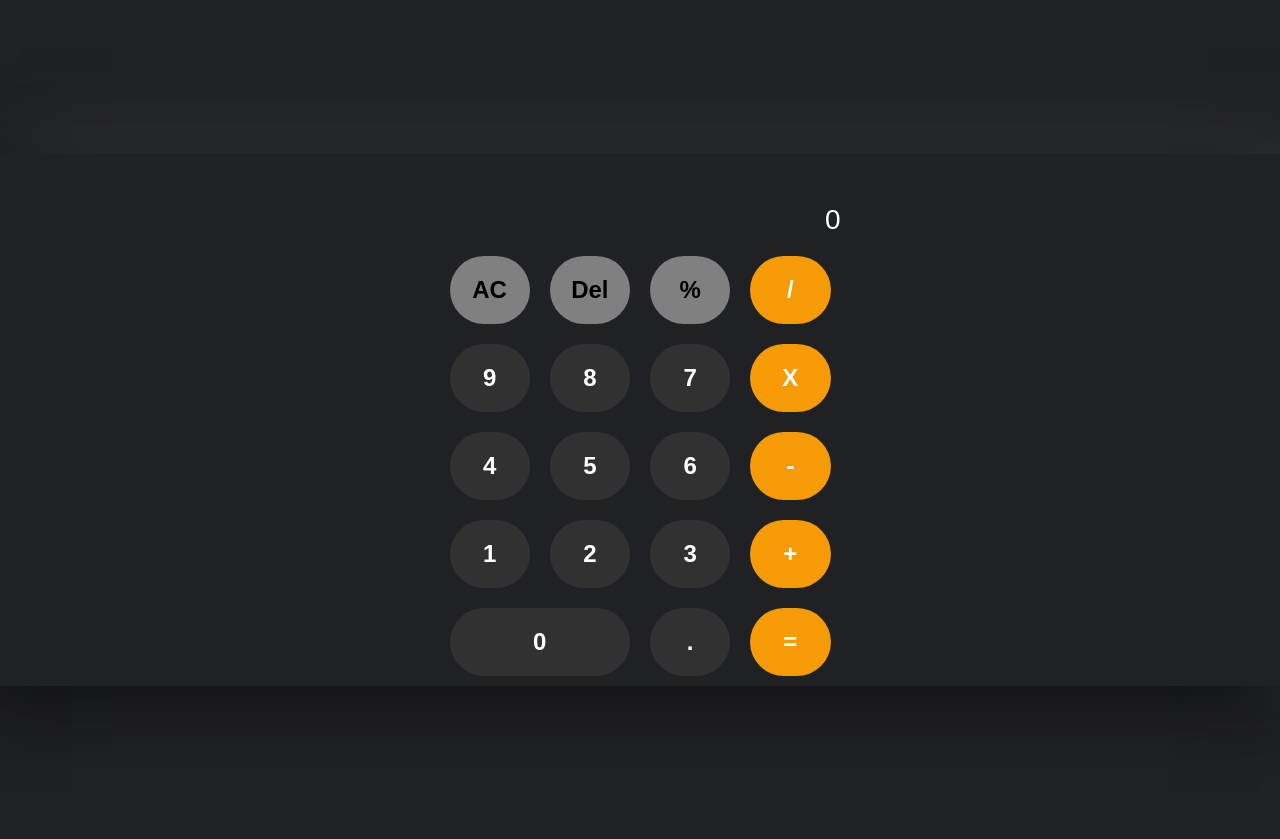
Repository: ble-syn/reactCalculator
Page: /
The author's editor kept a copy of each file at every save. The page is drawn from the files as they stood at one save, then again after the next save.
The browser window is 1280 px wide. The pictures show the whole page.
The project was rebuilt for these pictures with package versions that can differ from the ones it lists, and the page was loaded fresh each time.

Above is the page before, as saved 2022-10-06 22:23:07.

### src/index.css
*{
  margin: 0;
  box-sizing: border-box;
}

body{
  display: flex;
  justify-content: center;
  align-items: center;
  flex-direction: column;
  background-color: #202124;
  color: #fff;
  margin: 12% auto;
background: #202124;
box-shadow:  -20px 20px 60px #101112,
             20px -20px 60px #303236;
}
.container {
  max-width: 1200px;
  padding: 10px;
  background: #202124;
  box-shadow:  -20px 20px 60px #101112
             20px -20px 60px #303236;
}
#calculator-display {
  border: none;
  width: 100%;
  text-align: right;
  font-size: 28px;
  padding: 50px 10px 10px;
  margin: 0 10px;
  color: #fff;
  background-color: #202124;
}
#calculator-display:focus {
  outline: none;
}
#calculator-display::-webkit-input-placeholder {
  color: #fff;
}
.calculator-keys{
  display: grid;
  grid-template-columns: repeat(4, 1fr);
  grid-gap: 20px;
  margin: 10px;
}
button {
  padding: 20px 15px;
  display: grid;
  place-items: center;
  outline: none;
  border-radius: 50px;
  font-weight: 700;
  border: none;
  color: #fff;
  background-color: #313131;
  font-size: 24px;
  cursor: pointer;
}
button:focus {
  background-color: #D1D1D1;
}
.zero {
  grid-column: 1/3;
}
.gray {
  background-color: gray;
  color: #000;
}
.yellow {
  background-color: #F69A06;
}
.yellow:focus{
  background-color: #ffffff;
  color: #F69A06;
}

### src/App.js
import {useState} from "react";

function App() {
  const [numDisplay, setNumDisplay] = useState("")
  const operators = ["+", "-", "*", "/"]

const numClick = (event) => {
      event.preventDefault()

      let value = event.target.value
      setNumDisplay(numDisplay + value)
}


const deleteNum = () => {
  setNumDisplay(numDisplay.slice(0, -1))
}
const reset = () => {
  setNumDisplay("")
}
const percent = () => {
  setNumDisplay(numDisplay / 100)
}
const equals = () => {
  setNumDisplay(eval(numDisplay))
}

  return (
    <main id="container">
      <div class="calculator">
          <div><input id="calculator-display" type="text" placeholder="0" value={numDisplay} /></div>

          <div class="calculator-keys">
              <button onClick={reset} value=" " class="gray">AC</button>
              <button onClick={deleteNum} value="" class="gray">Del</button>
              <button onClick={percent} value="%" class="gray">%</button>
              <button onClick={numClick} value="/" class="yellow">/</button>
              <button onClick={numClick} value="9">9</button>
              <button onClick={numClick} value="8">8</button>
              <button onClick={numClick} value="7" >7</button>
              <button onClick={numClick} value="*" class="yellow">X</button>
              <button onClick={numClick} value="4">4</button>
              <button onClick={numClick} value="5">5</button>
              <button onClick={numClick} value="6">6</button>
              <button onClick={numClick} value="-" class= "yellow">-</button>
              <button onClick={numClick} value="1">1</button>
              <button onClick={numClick} value="2">2</button>
              <button onClick={numClick} value="3">3</button>
              <button onClick={numClick} value="+" class="yellow">+</button>
              <button onClick={numClick} value="0" class="zero" >0</button>
              <button onClick={numClick} value="." data-action="decimal">.</button>
              <button onClick={equals} value="=" class="yellow">=</button>
          </div>
      </div>
    </main>
  )
}

export default App;

Loaded but not shown: public/index.html (common file); src/index.js (common file); src/reportWebVitals.js (common file)

After the next save:
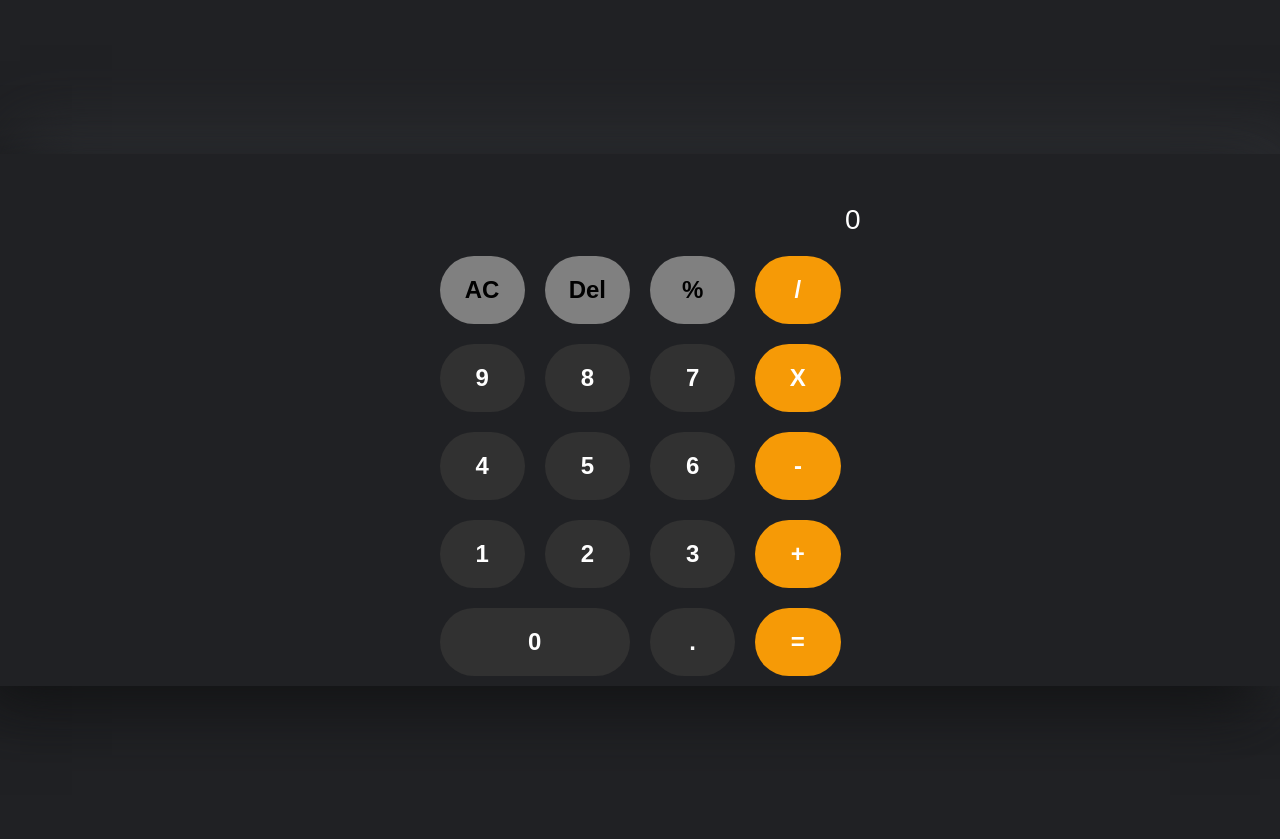
Saved 23 s later.
--- a/src/index.css
+++ b/src/index.css
@@ -28,7 +28,7 @@ box-shadow:  -20px 20px 60px #101112,
   text-align: right;
   font-size: 28px;
   padding: 50px 10px 10px;
-  margin: 0 10px;
+  margin: 0 20px;
   color: #fff;
   background-color: #202124;
 }
